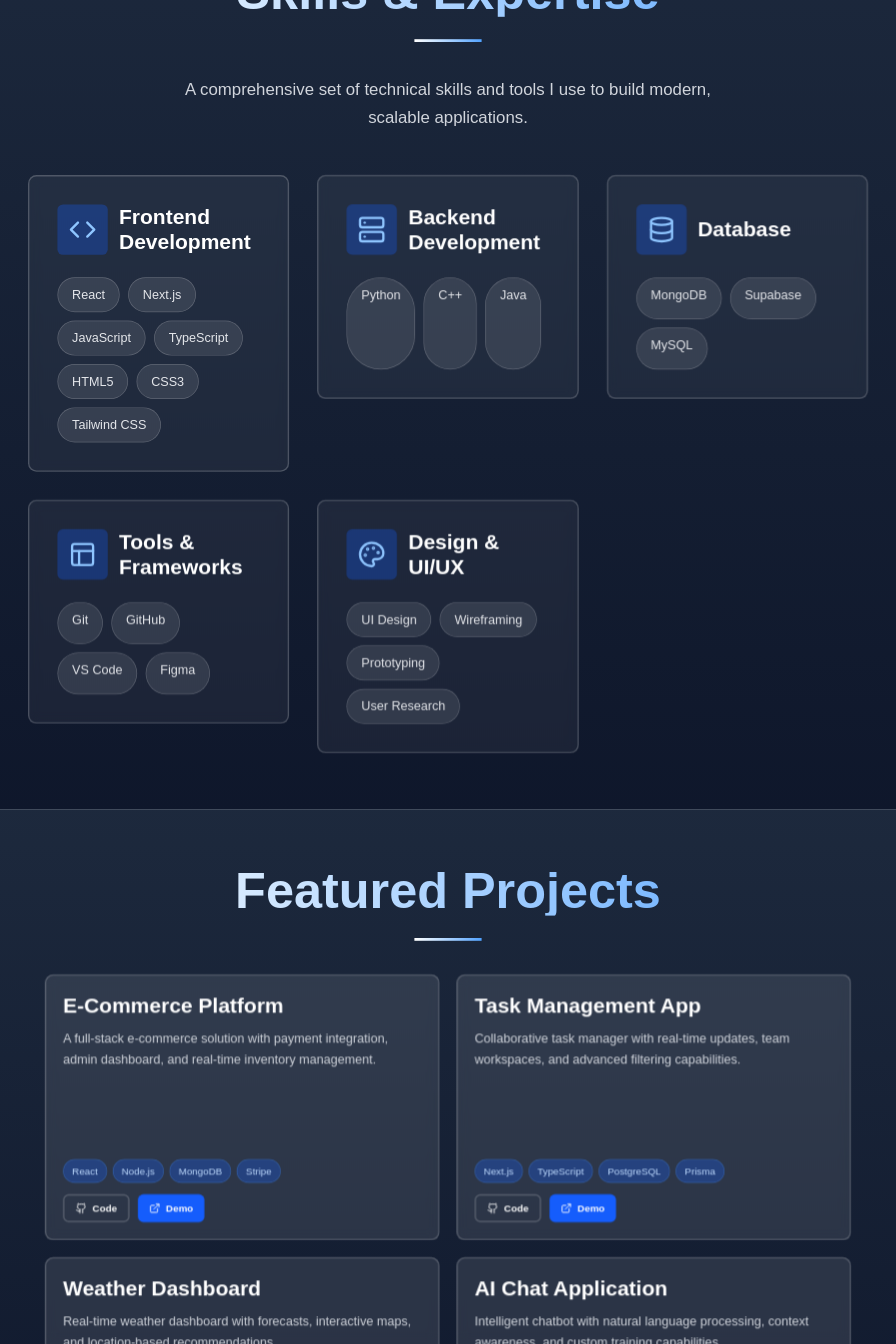
Repository: harshikabodekar/portfolio_awp
Page: /
These files come from the project's save history. The page is drawn as it stood at one moment and after the next save; the edit follows.
The browser window is 1280 px wide. The pictures show the part of the page from y = 1820 to 3740 px (the page is 5182 px tall before and 4940 px after), at 70% of full size.
The project was rebuilt for these pictures with package versions that can differ from the ones it lists, and the page was loaded fresh each time. The framework's server and built-in components were replaced by stand-ins that run in the browser. Also part of the build but not shown: next.config.mjs.

Above is the page before, as saved 2025-10-15 21:34:05.

### src/app/page.js
import Navbar from "./components/Navbar";
import Hero from "./components/Hero";
import About from "./components/About";
import Skills from "./components/Skills";
import Project from "./components/Project";
import Contact from "./components/Contact";

export default function Home() {
  return (
    <main>
      <Navbar />
      <Hero />
      <About />
      <Skills />
      <Project />
      <Contact />
    </main>
  );
}

### src/app/components/Navbar.js
import React from 'react';

const Navbar = () => {
  return (
    <nav className="bg-gray-900 text-white py-4 px-6 fixed w-full top-0 left-0 z-50 shadow-lg">
      <div className="container mx-auto flex justify-between items-center">
        <h1 className="text-4xl font-bold">My Portfolio</h1>
        <ul className="flex space-x-12">
          <li><a href="#home" className="hover:text-blue-400 text-2xl">Home</a></li>
          <li><a href="#about" className="hover:text-blue-400 text-2xl">About</a></li>
          <li><a href="#skills" className="hover:text-blue-400 text-2xl">Skills</a></li>
          <li><a href="#projects" className="hover:text-blue-400 text-2xl">Projects</a></li>
          <li><a href="#contact" className="hover:text-blue-400 text-2xl">Contact</a></li>
        </ul>
      </div>
    </nav>
  );
};

export default Navbar;

### src/app/components/Hero.js
"use client";
import { Github, Linkedin, Mail } from 'lucide-react';
import Image from 'next/image';

const Hero = () => {
  return (
    <section
      id="home"
      className="py-20 px-6 bg-gradient-to-b from-slate-800 to-slate-900 text-white min-h-screen flex items-center justify-center"
    >
      <div className="container mx-auto px-4">
        <div className="max-w-6xl mx-auto">

          {/* Profile Image */}
          <div className="flex justify-center mb-12">
            <div className="relative w-64 h-64 md:w-80 md:h-80 rounded-full overflow-hidden border-4 border-blue-400/30 shadow-2xl">
              <Image
                src="/profile.jpeg.jpeg"
                alt="Harshika Bodekar"
                fill
                className="object-cover"
                priority
              />
            </div>
          </div>

          {/* Text Content - Centered like About page */}
          <div className="text-center">
            <h1 className="text-4xl sm:text-5xl md:text-6xl lg:text-7xl font-bold mb-8 bg-gradient-to-r from-white to-blue-400 bg-clip-text text-transparent">
              Harshika Bodekar
            </h1>
            <div className="w-24 h-1 bg-gradient-to-r from-white to-blue-400 mx-auto mb-12"></div>

            <p className="text-xl md:text-2xl lg:text-3xl text-gray-300 mb-8 leading-relaxed">
              Computer Science Student | Frontend Developer
            </p>

            <p className="text-xl md:text-2xl lg:text-3xl text-gray-300 mb-12 leading-relaxed">
              Crafting elegant digital experiences with modern technologies.
              Passionate about clean code, intuitive design, and building products that make a difference.
            </p>

            <div className="flex gap-6 justify-center">
              <a
                href="https://github.com/harshikabodekar"
                target="_blank"
                rel="noopener noreferrer"
                className="p-4 rounded-full border-2 border-white/20 hover:border-blue-400/50 transition-all duration-300 hover:bg-white/10"
                aria-label="GitHub Profile"
              >
                <Github className="w-6 h-6" />
              </a>
              <a
                href="https://linkedin.com/in/harshikabodekar"
                target="_blank"
                rel="noopener noreferrer"
                className="p-4 rounded-full border-2 border-white/20 hover:border-blue-400/50 transition-all duration-300 hover:bg-white/10"
                aria-label="LinkedIn Profile"
              >
                <Linkedin className="w-6 h-6" />
              </a>
              <a
                href="mailto:harshikabodekar02@gmail.com"
                className="p-4 rounded-full border-2 border-white/20 hover:border-blue-400/50 transition-all duration-300 hover:bg-white/10"
                aria-label="Email Contact"
              >
                <Mail className="w-6 h-6" />
              </a>
            </div>
          </div>

        </div>
      </div>
    </section>
  );
};

export default Hero;

### src/app/components/About.js
import React from 'react';

const About = () => {
  return (
    <section id="about" className="py-20 px-6 bg-gradient-to-b from-slate-800 to-slate-900 text-white">
      <div className="container mx-auto px-4">
        <div className="max-w-6xl mx-auto">
          <h2 className="text-4xl sm:text-5xl md:text-6xl lg:text-7xl font-bold mb-8 text-center bg-gradient-to-r from-white to-blue-400 bg-clip-text text-transparent">
            About Me
          </h2>
          <div className="w-24 h-1 bg-gradient-to-r from-white to-blue-400 mx-auto mb-12"></div>

          <div className="text-center">
            <p className="text-xl md:text-2xl lg:text-3xl text-gray-300 leading-relaxed mb-8">
              I am Harshika Bodekar, a Computer Science student at Pimpri Chinchwad University.
              With developing expertise in computer science, I craft robust backend solutions.
            </p>
            <p className="text-xl md:text-2xl lg:text-3xl text-gray-300 leading-relaxed mb-8">
              My journey is driven by a passion for building scalable, efficient systems that power modern applications.
              I enjoy tackling complex challenges and exploring cutting-edge tech.
            </p>
            <p className="text-xl md:text-2xl lg:text-3xl text-gray-300 leading-relaxed">
              When I'm not coding, you'll find me exploring new technologies, contributing to
              open-source projects, or sharing knowledge with the developer community.
            </p>
          </div>
        </div>
      </div>
    </section>
  );
};

export default About;

### src/app/components/Skills.js
"use client";
import React from 'react';
import { Code, Database, Layout, Server, Globe, Palette } from 'lucide-react';

const Skills = () => {
  const skillCategories = [
    {
      icon: Code,
      title: "Frontend Development",
      skills: ["React", "Next.js", "JavaScript", "TypeScript", "HTML5", "CSS3", "Tailwind CSS"]
    },
    {
      icon: Server,
      title: "Backend Development",
      skills: [ "Python", "C++", "Java"]
    },
    {
      icon: Database,
      title: "Database",
      skills: ["MongoDB", "Supabase", "MySQL"]
    },
    {
      icon: Layout,
      title: "Tools & Frameworks",
      skills: ["Git", "GitHub", "VS Code", "Figma"]
    },

    {
      icon: Palette,
      title: "Design & UI/UX",
      skills: ["UI Design", "Wireframing", "Prototyping", "User Research"]
    }
  ];

  return (
    <section id="skills" className="py-20 px-6 bg-gradient-to-b from-slate-800 to-slate-900 text-white">
      <div className="container mx-auto px-4">
        <div className="max-w-7xl mx-auto">
          <h2 className="text-4xl sm:text-5xl md:text-6xl lg:text-7xl font-bold mb-8 text-center bg-gradient-to-r from-white to-blue-400 bg-clip-text text-transparent">
            Skills & Expertise
          </h2>
          <div className="w-24 h-1 bg-gradient-to-r from-white to-blue-400 mx-auto mb-12"></div>

          <p className="text-center text-xl md:text-2xl text-gray-300 mb-16 max-w-3xl mx-auto leading-relaxed">
            A comprehensive set of technical skills and tools I use to build modern, scalable applications.
          </p>

          <div className="grid sm:grid-cols-1 md:grid-cols-2 lg:grid-cols-3 gap-10 items-start">
            {skillCategories.map((category, index) => {
              const IconComponent = category.icon;
              return (
                <div
                  key={index}
                  className="border-2 border-white/20 rounded-xl p-10 min-h-[320px] hover:border-blue-400/50 transition-all duration-300 backdrop-blur-sm bg-white/5 group flex flex-col"
                >
                  <div className="flex items-center gap-4 mb-8">
                    <div className="p-4 bg-blue-600/30 rounded-lg group-hover:bg-blue-600/50 transition-all duration-300">
                      <IconComponent className="w-10 h-10 text-blue-300" />
                    </div>
                    <h3 className="text-2xl md:text-3xl font-bold text-white group-hover:text-blue-400 transition-colors">
                      {category.title}
                    </h3>
                  </div>

                  <div className="flex flex-wrap gap-3 flex-1">
                    {category.skills.map((skill, skillIndex) => (
                      <span
                        key={skillIndex}
                        className="px-5 py-2.5 bg-white/10 border border-white/20 rounded-full text-base md:text-lg text-gray-200 hover:bg-blue-600/30 hover:border-blue-400/50 transition-all duration-300 font-medium"
                      >
                        {skill}
                      </span>
                    ))}
                  </div>
                </div>
              );
            })}
          </div>
        </div>
      </div>
    </section>
  );
};

export default Skills;

### src/app/components/Project.js
import React from 'react';
import ProjectCard from './ProjectCard';
import { projectsData } from '../data/projects';

const Projects = () => {
  const projects = [
    {
      title: "E-Commerce Platform",
      description: "A full-stack e-commerce solution with payment integration, admin dashboard, and real-time inventory management.",
      tech: ["React", "Node.js", "MongoDB", "Stripe"],
      github: "https://github.com",
      demo: "https://demo.com"
    },
    {
      title: "Task Management App",
      description: "Collaborative task manager with real-time updates, team workspaces, and advanced filtering capabilities.",
      tech: ["Next.js", "TypeScript", "PostgreSQL", "Prisma"],
      github: "https://github.com",
      demo: "https://demo.com"
    },
    {
      title: "Weather Dashboard",
      description: "Real-time weather dashboard with forecasts, interactive maps, and location-based recommendations.",
      tech: ["Vue.js", "Python", "FastAPI", "OpenWeather API"],
      github: "https://github.com",
      demo: "https://demo.com"
    },
    {
      title: "AI Chat Application",
      description: "Intelligent chatbot with natural language processing, context awareness, and custom training capabilities.",
      tech: ["React", "Python", "TensorFlow", "WebSockets"],
      github: "https://github.com",
      demo: "https://demo.com"
    }
  ];

  return (
    <section id="projects" className="py-20 px-6 bg-gradient-to-b from-slate-800 to-slate-900 text-white">
      <div className="container mx-auto px-4">
        <div className="max-w-6xl mx-auto">
          <h2 className="text-4xl sm:text-5xl md:text-6xl lg:text-7xl font-bold mb-8 text-center bg-gradient-to-r from-white to-blue-400 bg-clip-text text-transparent">
            Featured Projects
          </h2>
          <div className="w-24 h-1 bg-gradient-to-r from-white to-blue-400 mx-auto mb-12"></div>

          <div className="grid sm:grid-cols-1 md:grid-cols-2 gap-6">
            {projects.map((project, index) => (
              <ProjectCard key={index} project={project} />
            ))}
          </div>
        </div>
      </div>
    </section>
  );
};

export default Projects;

### src/app/components/Contact.js
"use client";
import { Mail, Phone, MapPin, Github, Linkedin, Twitter } from 'lucide-react';

const Contact = () => {
  const contactInfo = [
    {
      icon: Mail,
      label: "Email",
      value: "harshikabodekar02@gmail.com",
      href: "mailto:harshikabodekar02@gmail.com"
    },
    {
      icon: Phone,
      label: "Phone",
      value: "+91 9130343030",
      href: "tel:+919130343030"
    },
    {
      icon: MapPin,
      label: "Location",
      value: "Pune, India",
      href: "#"
    }
  ];

  const socialLinks = [
    {
      icon: Github,
      label: "GitHub",
      href: "https://github.com/harshikabodekar"
    },
    {
      icon: Linkedin,
      label: "LinkedIn",
      href: "https://linkedin.com/in/harshikabodekar"
    },
    {
      icon: Twitter,
      label: "Twitter",
      href: "https://twitter.com/harshikabodekar"
    }
  ];

  return (
    <section id="contact" className="py-20 px-6 bg-gradient-to-b from-slate-800 to-slate-900 text-white">
      <div className="container mx-auto px-4">
        <div className="max-w-6xl mx-auto">
          <h2 className="text-4xl sm:text-5xl md:text-6xl lg:text-7xl font-bold mb-8 text-center bg-gradient-to-r from-white to-blue-400 bg-clip-text text-transparent">
            Get In Touch
          </h2>
          <div className="w-24 h-1 bg-gradient-to-r from-white to-blue-400 mx-auto mb-12"></div>

          <p className="text-center text-xl md:text-2xl text-gray-300 mb-16 max-w-3xl mx-auto leading-relaxed">
            I'm always open to discussing new projects, creative ideas, or opportunities to be part of your visions.
          </p>

          <div className="grid md:grid-cols-3 gap-8 mb-16">
            {contactInfo.map((info, index) => (
              <div
                key={index}
                className="border-2 border-white/20 rounded-xl p-8 hover:border-blue-400/50 transition-all duration-300 backdrop-blur-sm bg-white/5 text-center group"
              >
                <div className="inline-flex p-4 bg-blue-600/30 rounded-lg mb-6 group-hover:bg-blue-600/50 transition-all duration-300">
                  <info.icon className="w-8 h-8 text-blue-300" />
                </div>
                <h3 className="text-lg font-semibold text-gray-400 mb-3">{info.label}</h3>
                <a
                  href={info.href}
                  className="text-xl md:text-2xl text-white hover:text-blue-400 transition-colors duration-300 break-words"
                >
                  {info.value}
                </a>
              </div>
            ))}
          </div>

          <div className="border-2 border-white/20 rounded-xl p-10 backdrop-blur-sm bg-white/5">
            <h3 className="text-3xl md:text-4xl font-bold mb-8 text-center bg-gradient-to-r from-white to-blue-400 bg-clip-text text-transparent">
              Connect With Me
            </h3>

            <div className="flex justify-center gap-6 mb-10">
              {socialLinks.map((social, index) => (
                <a
                  key={index}
                  href={social.href}
                  target="_blank"
                  rel="noopener noreferrer"
                  className="p-4 rounded-full border-2 border-white/20 hover:border-blue-400/50 transition-all duration-300 hover:bg-white/10"
                  aria-label={social.label}
                >
                  <social.icon className="w-8 h-8" />
                </a>
              ))}
            </div>

            <div className="text-center">
              <a
                href="mailto:harshikabodekar02@gmail.com"
                className="inline-flex items-center gap-3 px-8 py-4 bg-blue-600 hover:bg-blue-700 rounded-full text-lg md:text-xl font-semibold transition-all duration-300 hover:shadow-lg hover:shadow-blue-500/50"
              >
                <Mail className="w-6 h-6" />
                Send Me an Email
              </a>
            </div>
          </div>
        </div>
      </div>
    </section>
  );
};

export default Contact;

### src/app/components/ProjectCard.js
"use client";
import { Github, ExternalLink } from 'lucide-react';

const ProjectCard = ({ project }) => {
  return (
    <div className="bg-white/10 backdrop-blur-sm border-2 border-white/20 rounded-xl p-6 h-[380px] hover:border-blue-400/50 transition-all duration-300 group flex flex-col">
      <h3 className="text-2xl md:text-3xl font-bold mb-4 text-white group-hover:text-blue-400 transition-colors">
        {project.title}
      </h3>

      <p className="text-base md:text-lg text-gray-300 mb-4 leading-relaxed flex-grow">
        {project.description}
      </p>

      <div className="flex flex-wrap gap-2 mb-4">
        {project.tech.map((tech, index) => (
          <span
            key={index}
            className="px-3 py-1.5 bg-blue-600/30 border border-blue-400/30 rounded-full text-sm text-blue-200 font-medium"
          >
            {tech}
          </span>
        ))}
      </div>

      <div className="flex gap-3">
        <a
          href={project.github}
          target="_blank"
          rel="noopener noreferrer"
          className="flex items-center gap-2 px-4 py-2 border-2 border-white/20 rounded-lg hover:border-blue-400/50 hover:bg-white/10 transition-all duration-300 text-sm font-semibold"
        >
          <Github className="w-4 h-4" />
          Code
        </a>
        <a
          href={project.demo}
          target="_blank"
          rel="noopener noreferrer"
          className="flex items-center gap-2 px-4 py-2 bg-blue-600 hover:bg-blue-700 rounded-lg transition-all duration-300 text-sm font-semibold"
        >
          <ExternalLink className="w-4 h-4" />
          Demo
        </a>
      </div>
    </div>
  );
};

export default ProjectCard;

Loaded but not shown: src/app/layout.js (common file); src/app/globals.css (common file); src/app/data/projects.js (no stored copy; drawn as an empty file)

After the next save:
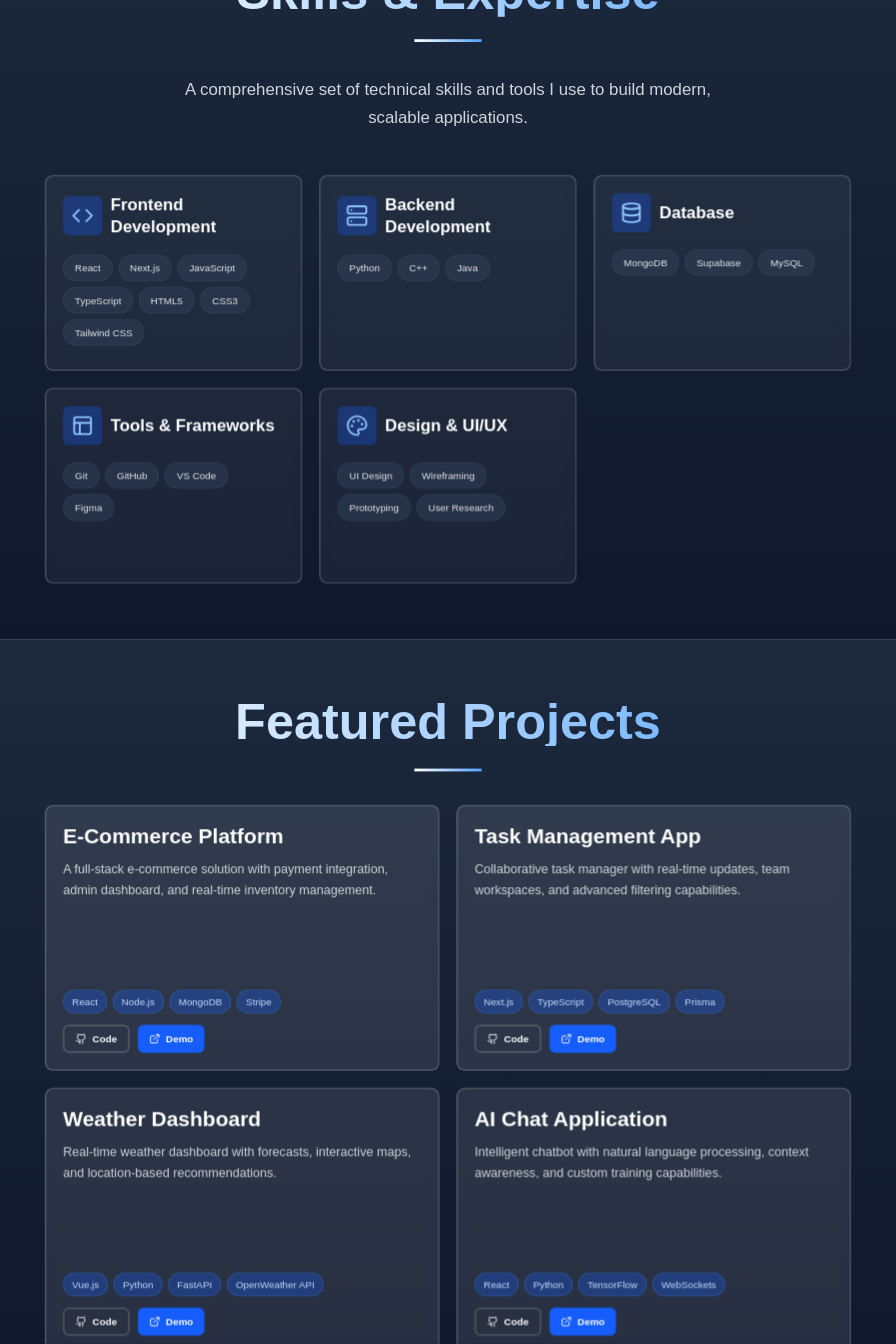
Saved 2 min 21 s later.
--- a/src/app/components/Skills.js
+++ b/src/app/components/Skills.js
@@ -35,7 +35,7 @@ const Skills = () => {
   return (
     <section id="skills" className="py-20 px-6 bg-gradient-to-b from-slate-800 to-slate-900 text-white">
       <div className="container mx-auto px-4">
-        <div className="max-w-7xl mx-auto">
+        <div className="max-w-6xl mx-auto">
           <h2 className="text-4xl sm:text-5xl md:text-6xl lg:text-7xl font-bold mb-8 text-center bg-gradient-to-r from-white to-blue-400 bg-clip-text text-transparent">
             Skills & Expertise
           </h2>
@@ -45,28 +45,28 @@ const Skills = () => {
             A comprehensive set of technical skills and tools I use to build modern, scalable applications.
           </p>
 
-          <div className="grid sm:grid-cols-1 md:grid-cols-2 lg:grid-cols-3 gap-10 items-start">
+          <div className="grid sm:grid-cols-1 md:grid-cols-2 lg:grid-cols-3 gap-6">
             {skillCategories.map((category, index) => {
               const IconComponent = category.icon;
               return (
                 <div
                   key={index}
-                  className="border-2 border-white/20 rounded-xl p-10 min-h-[320px] hover:border-blue-400/50 transition-all duration-300 backdrop-blur-sm bg-white/5 group flex flex-col"
+                  className="border-2 border-white/20 rounded-xl p-6 h-[280px] hover:border-blue-400/50 transition-all duration-300 backdrop-blur-sm bg-white/5 group flex flex-col"
                 >
-                  <div className="flex items-center gap-4 mb-8">
-                    <div className="p-4 bg-blue-600/30 rounded-lg group-hover:bg-blue-600/50 transition-all duration-300">
-                      <IconComponent className="w-10 h-10 text-blue-300" />
+                  <div className="flex items-center gap-3 mb-6">
+                    <div className="p-3 bg-blue-600/30 rounded-lg group-hover:bg-blue-600/50 transition-all duration-300">
+                      <IconComponent className="w-8 h-8 text-blue-300" />
                     </div>
-                    <h3 className="text-2xl md:text-3xl font-bold text-white group-hover:text-blue-400 transition-colors">
+                    <h3 className="text-xl md:text-2xl font-bold text-white group-hover:text-blue-400 transition-colors">
                       {category.title}
                     </h3>
                   </div>
 
-                  <div className="flex flex-wrap gap-3 flex-1">
+                  <div className="flex flex-wrap gap-2 flex-1 content-start">
                     {category.skills.map((skill, skillIndex) => (
                       <span
                         key={skillIndex}
-                        className="px-5 py-2.5 bg-white/10 border border-white/20 rounded-full text-base md:text-lg text-gray-200 hover:bg-blue-600/30 hover:border-blue-400/50 transition-all duration-300 font-medium"
+                        className="px-4 py-2 bg-slate-700/50 border border-slate-600/50 rounded-full text-sm text-gray-200 hover:bg-blue-600/30 hover:border-blue-400/50 transition-all duration-300"
                       >
                         {skill}
                       </span>
